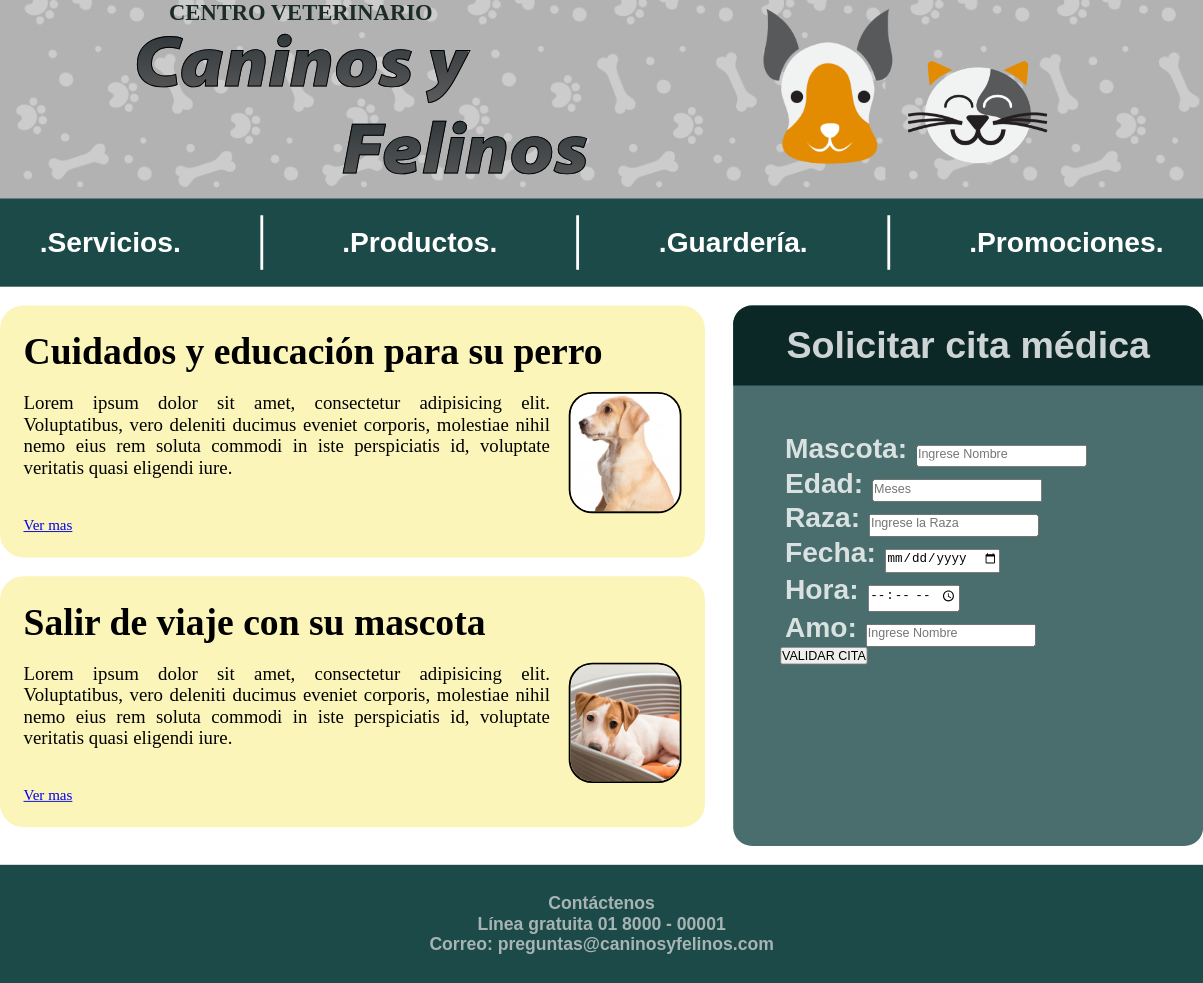
Repository: mariomr87/senaweb01
Page: principal.html
The author's editor kept a copy of each file at every save. The page is drawn from the files as they stood at one save, then again after the next save.
The browser window is 1280 px wide. The pictures show the whole page, at 94% of full size.

Above is the page before, as saved 2021-10-23 13:35:45.

### principal.html
<!DOCTYPE html>
<html lang="en">
<head>
    <meta charset="UTF-8">
    <meta http-equiv="X-UA-Compatible" content="IE=edge">
    <meta name="viewport" content="width=device-width, initial-scale=1.0">
    <link rel="stylesheet" href="estilos.css">
    <title>Document</title>
</head>
<body>
    <div>
        <header>
            <div id="cabecera">
                <div class="header-text">
                    <h3>CENTRO VETERINARIO</h3>
                    <h1><span id="header-text-degrad">Caninos y <br><span id="text-felinos">Felinos</span></spa></h1>
                </div>
                <div class="header-img">
                    <img src="./imagenes/dog_white.png" alt="">
                    <img src="./imagenes/cat_white.png" alt="">
                </div>
            </div>
        </header>
        <nav>
            <td>
                <tr><a href="">.Servicios.</a><span class="linea"></span></tr>
                <tr><a href="">.Productos.</a><span class="linea"></span></tr>
                <tr><a href="">.Guardería.</a><span class="linea"></span></tr>
                <tr><a href="">.Promociones.</a></tr>
            </td>
        </nav>
        <div class="centro-pag">
            <section>
                <article>
                    <h2>Cuidados y educación para su perro</h2>
                    <div class="centropag-texto">
                        <p>Lorem ipsum dolor sit amet, consectetur adipisicing elit. Voluptatibus, vero deleniti ducimus eveniet corporis, molestiae nihil nemo eius rem soluta commodi in iste perspiciatis id, voluptate veritatis quasi eligendi iure.</p>
                        <div><img src="./imagenes/perro1.png" alt=""></div>
                    </div>
                    <a href="#">Ver mas</a>
                </article>
                <article>
                    <h2>Salir de viaje con su mascota</h2>
                    <div class="centropag-texto">
                        <p>Lorem ipsum dolor sit amet, consectetur adipisicing elit. Voluptatibus, vero deleniti ducimus eveniet corporis, molestiae nihil nemo eius rem soluta commodi in iste perspiciatis id, voluptate veritatis quasi eligendi iure.</p>
                        <div><img src="./imagenes/perro2.png" alt=""></div>
                    </div>
                    <a href="#">Ver mas</a>
                </article>
            </section>
            <aside>
                <form action="">
                    <div><h2>Solicitar cita médica</h2></div>
                    <div class="cuestionario">
                        <label for="mascota_name">Mascota:</label>
                        <input type="text" placeholder="Ingrese Nombre" id=""><br>

                        <label for="age_pet">Edad:</label>
                        <input type="number" name="" id="" placeholder="Meses"><br>

                        <label for="raza_pet">Raza:</label>
                        <input type="text" name="" id="" placeholder="Ingrese la Raza"><br>

                        <label for="fecha_ingreso_pet">Fecha:</label>
                        <input type="date" name="" id=""><br>

                        <label for="hora_ingreso_pet">Hora:</label>
                        <input type="time" name="" id=""><br>

                        <label for="amo_pet">Amo:</label>
                        <input type="text" name="" id="" placeholder="Ingrese Nombre"><br>

                        <button type="submit">VALIDAR CITA</button>
                    </div>
                </form>
            </aside>
        </div>
        <footer>
            <h3>Contáctenos</h3>
            <h3>Línea gratuita 01 8000 - 00001</h3>
            <h3>Correo: preguntas@caninosyfelinos.com</h3>
        </footer>
    </div>
</body>
</html>

### estilos.css
*{
    margin: 0px;
    padding: 0px;
    box-sizing:border-box;
}

@font-face {
    font-family: Myriad_Pro ;
    src: url(./extra/MyriadProBlackSemiExtendedItalic.otf);
}

h1{
    font-family: Myriad_pro;
}

header div img{
    width: 10em;
}

#cabecera{
    background-image: url("./imagenes/fondo.png");
    background-repeat: initial;
    width: 100%;
    display: flex;
    text-align: center;
}

.header-text,.header-img{
    width:50%;
}

.header-text h3{
    font-size: 1.5em;
    color:#1c2c24;
}

.header-text h1{
    font-size: 4.8em;
}

#header-text-degrad{
    background: linear-gradient(#30373b,#5c5c5c);
    -webkit-background-clip: text;
    -webkit-text-fill-color: transparent;
    -webkit-text-stroke: 1px black;
}

#text-felinos{
    margin-left: 350px;
}

nav{
    display: flex;
    flex-direction: row;
    justify-content: space-around;
    background: #1c4a48;
    margin-bottom: 20px;
}

nav a{
    color: #fff;
    font-weight: bold;
    text-decoration: none;
    font-size: 30px;
    font-family: Arial, Helvetica, sans-serif;
    padding: 30px 0;
}

.linea{
    border-right: 3px solid #fff;
    margin: 18px 0;
}

.centro-pag{
    display: flex;
}

.centropag-texto{
    display: flex;
    padding-top: 20px;
}

section{
    width: 60%;
    margin-right: 30px;
}

article{
    background: #fbf5ba;
    margin-bottom: 20px;
    padding: 25px;
    border-radius: 25px;
}

article h2{
    font-size: 40px;
}

article p{
    font-size: 20px;
    text-align: justify;
    padding-right: 20px;
}

article div img {
    width: 120px;
    border: 2px solid black;
    border-radius: 25px;
}

form  div h2{
    background:#0b2826 ;
    border-radius: 20px 20px 0 0;
    color: #ced4d4;
    font-size: 40px;
    padding: 20px 0;
    text-align: center;
}

aside{
    font-family: Arial, Helvetica, sans-serif;
    background: #496e6d;
    width: 40%;
    border-radius: 20px;
}

form label{
    font-weight:bold;
    font-size: 30px;
    color: #dae1e1;
    padding: 5px;
}

.cuestionario{
    padding: 10%;
}

.cuestionario label,input{
    padding-bottom: 5px;
}

footer{
    text-align: center;
    background: #1c4a48;
    color: #a8b4b3;
    padding: 30px 0;
    font-family: Arial, Helvetica, sans-serif;
    margin-top: 20px;
}

After the next save:
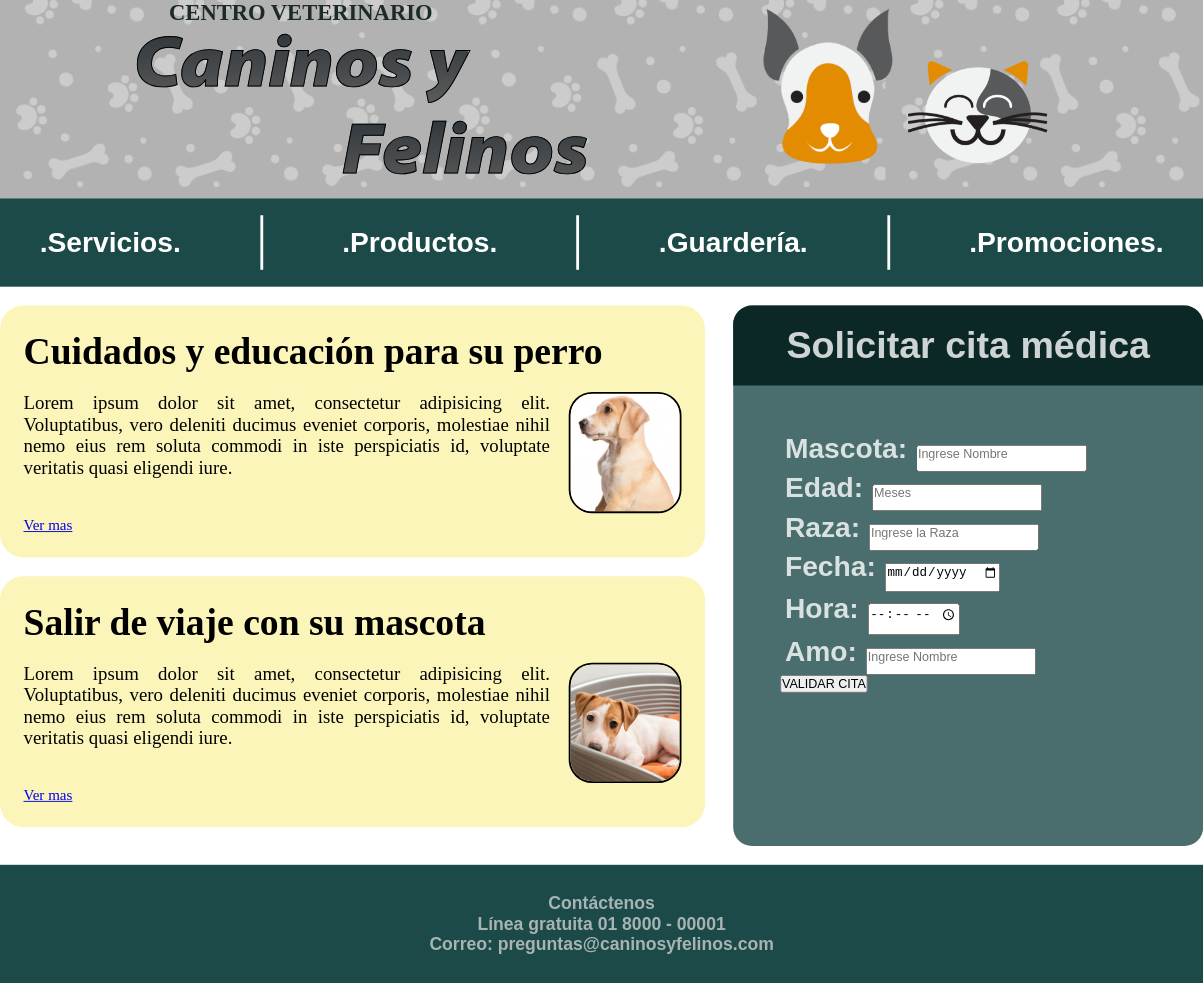
Saved 5 s later.
--- a/estilos.css
+++ b/estilos.css
@@ -136,7 +136,7 @@ form label{
 }
 
 .cuestionario label,input{
-    padding-bottom: 5px;
+    padding-bottom: 10px;
 }
 
 footer{
